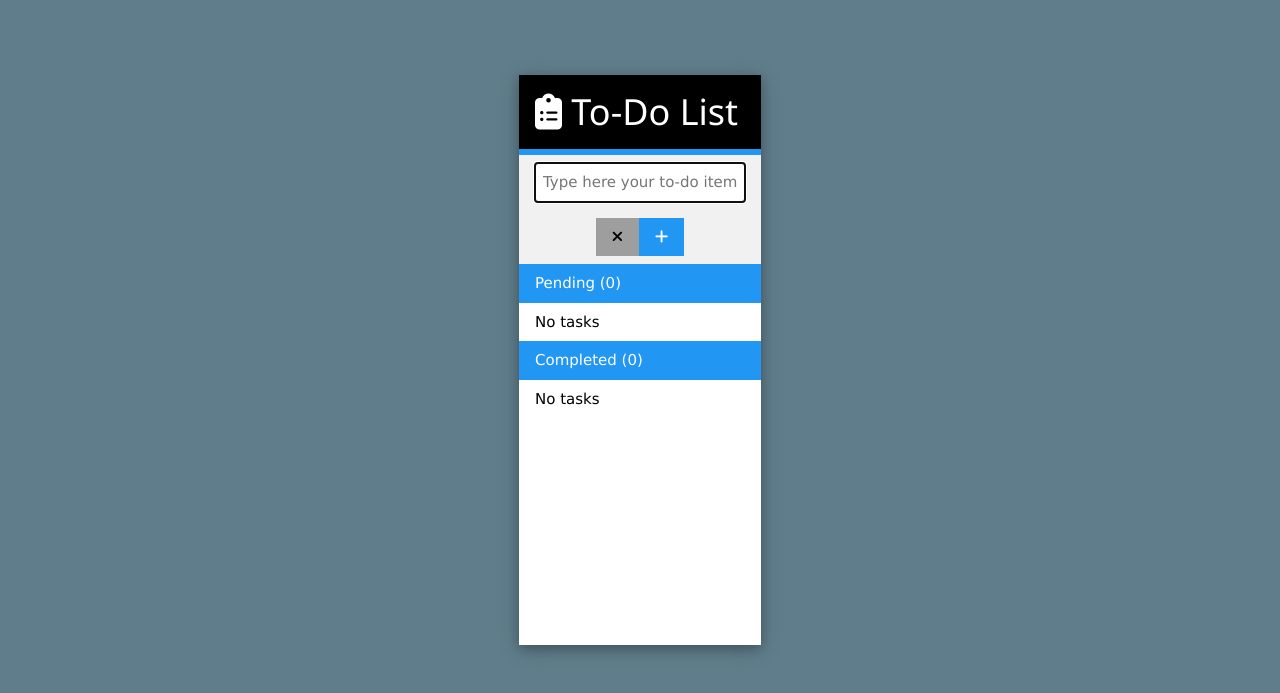
Repository: bclover/vue3-design-patterns-book
Page: /
These files come from the project's save history. The page is drawn as it stood at one moment and after the next save; the edit follows.
The browser window is 1280 px wide. The pictures show the whole page.
The project was rebuilt for these pictures with package versions that can differ from the ones it lists, and the page was loaded fresh each time. Also part of the build but not shown: vite.config.ts.

Above is the page before, as saved 2023-06-19 22:30:25.

After the next save:
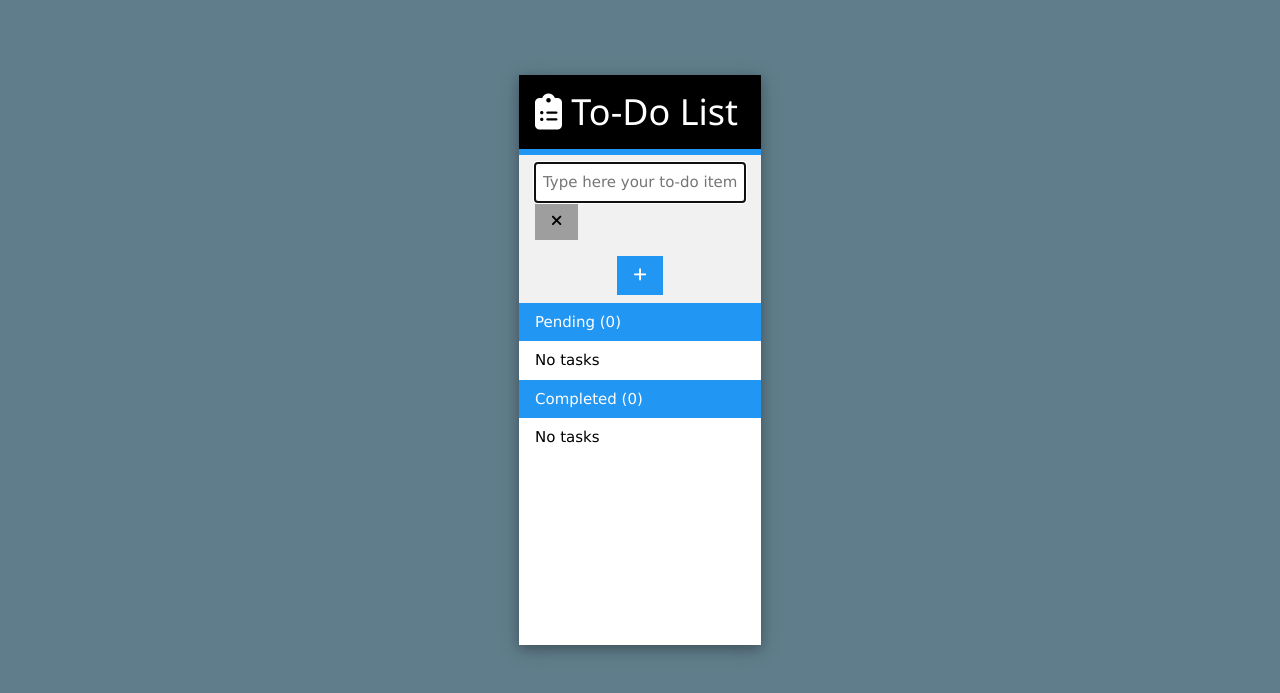
Saved 46 s later.
--- a/src/components/ToDos.vue
+++ b/src/components/ToDos.vue
@@ -49,12 +49,12 @@ function addToDo() {
         @keyup.enter="addToDo()"
         placeholder="Type here your to-do item..."
       />
+      <button class="w3-button w3-gray" @click="clearToDo()">
+        <i class="fa-solid fa-times"></i>
+      </button>
     </div>
 
     <div class="w3-container flex-container w3-light-gray w3-padding w3-center">
-      <button class="w3-button w3-gray" @click="clearToDo()">
-        <i class="fa-solid fa-times"></i>
-      </button>
       <button class="w3-button w3-blue" @click="addToDo()">
         <i class="fa-solid fa-plus"></i>
       </button>
